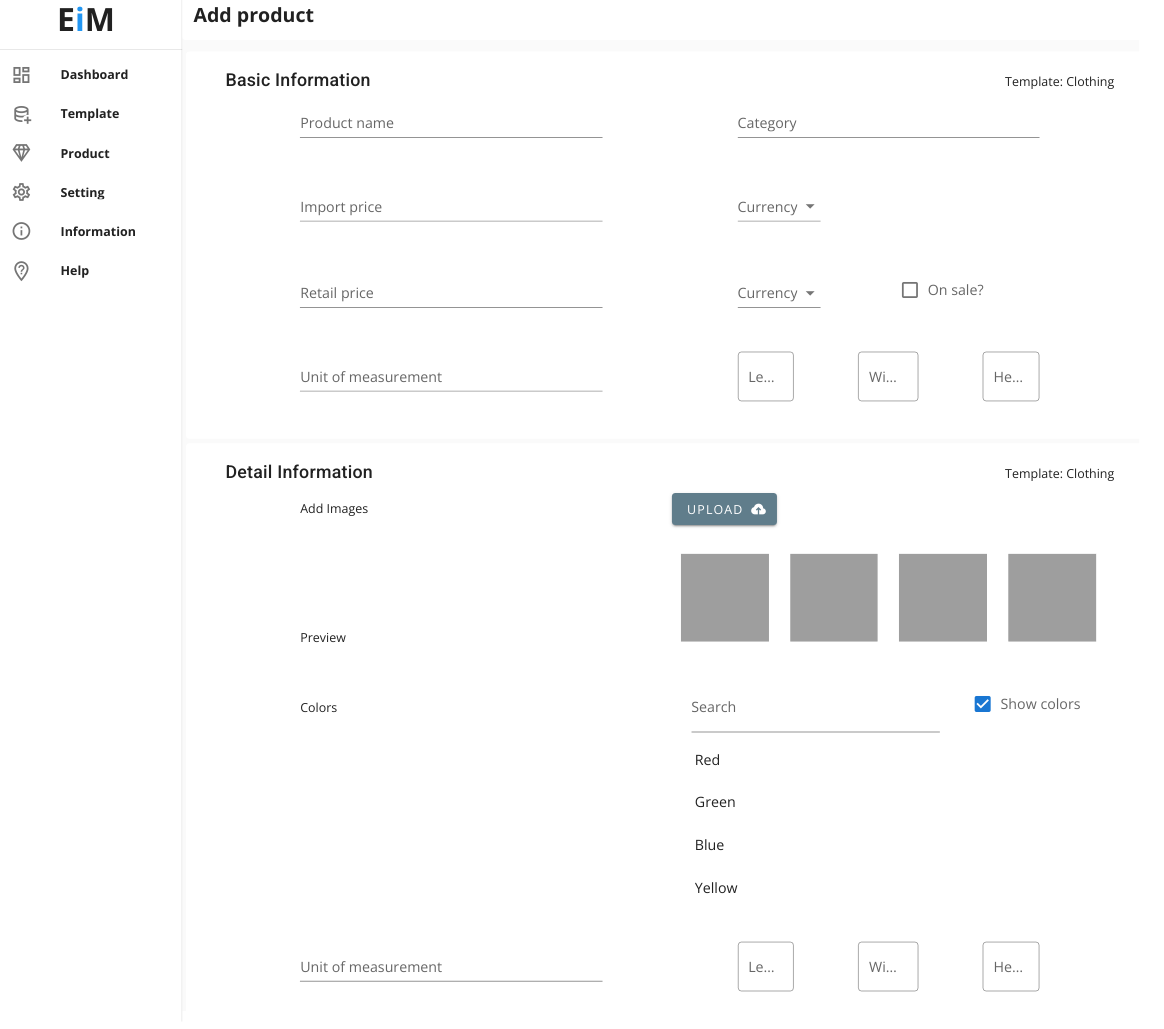
Repository: nguyenphuong152/pim-template
Page: /addproduct
The author's editor kept a copy of each file at every save. The page is drawn from the files as they stood at one save, then again after the next save.
The browser window is 1280 px wide. The page is 1308 px wide, so the pictures cover 1308 px, including what lies to the right of the window. The pictures show the whole page, at 89% of full size.
Pictures or frames that could not be fetched are drawn as grey boxes. The project was rebuilt for these pictures with package versions that can differ from the ones it lists, and the page was loaded fresh each time. Also part of the build but not shown: vue.config.js, src/views/Home.vue, src/components/Outcome_1/SearchTemplate.vue, src/components/Outcome_1/YourTemplate.vue, src/components/Outcome_1/ListComponent.vue, src/components/Outcome_1/AddInfo.vue, src/components/Outcome_1/AddDetail.vue, src/components/Outcome_1/CreateRegion.vue and 5 more.

Above is the page before, as saved 2020-12-21 12:21:08.

After the next save:
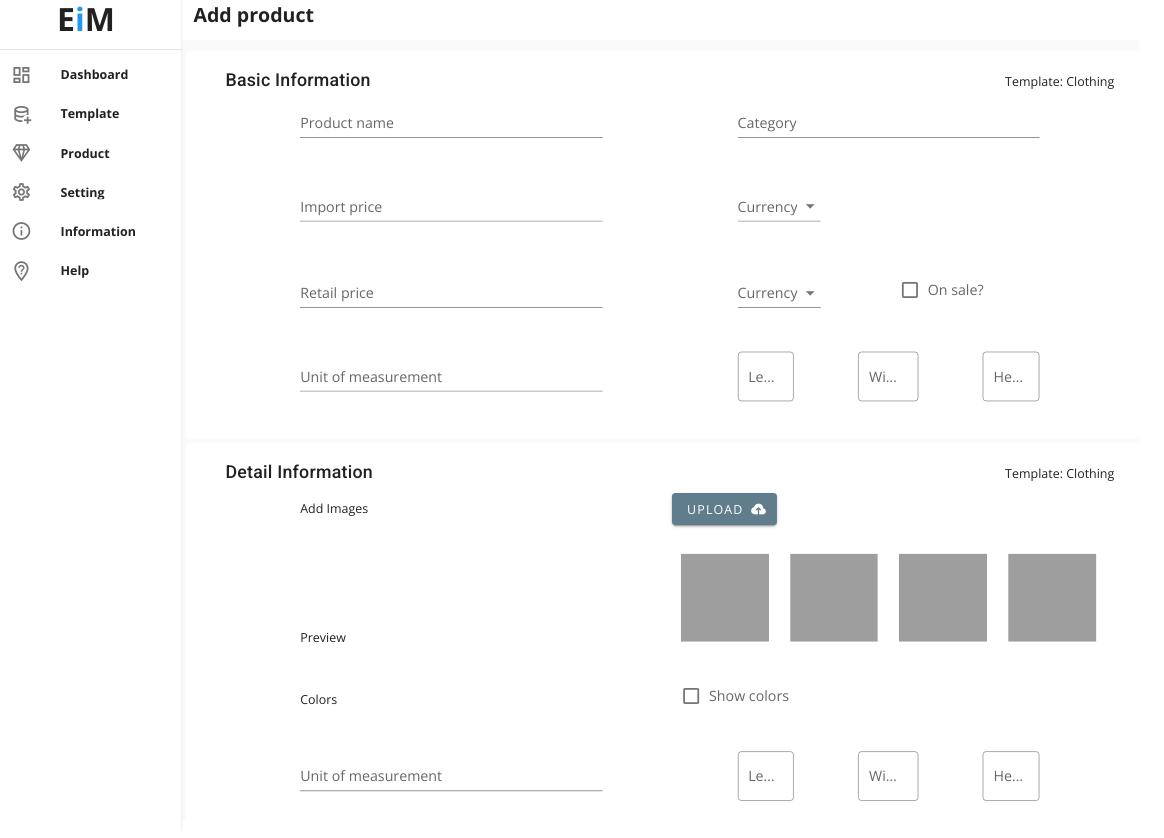
Saved 30 s later.
--- a/src/components/Outcome_2/Detail.vue
+++ b/src/components/Outcome_2/Detail.vue
@@ -63,7 +63,7 @@
               <span>Colors</span>
             </v-container>
           </v-col>
-          <v-col cols="4">
+          <v-col cols="4" v-if="checkbox">
             <v-container class="py-0">
               <v-row align="center" justify="start">
                 <v-col
@@ -161,7 +161,7 @@
 <script>
 export default {
   data: () => ({
-    checkbox: true,
+    checkbox: false,
     items: [
       {
         text: "Red",
